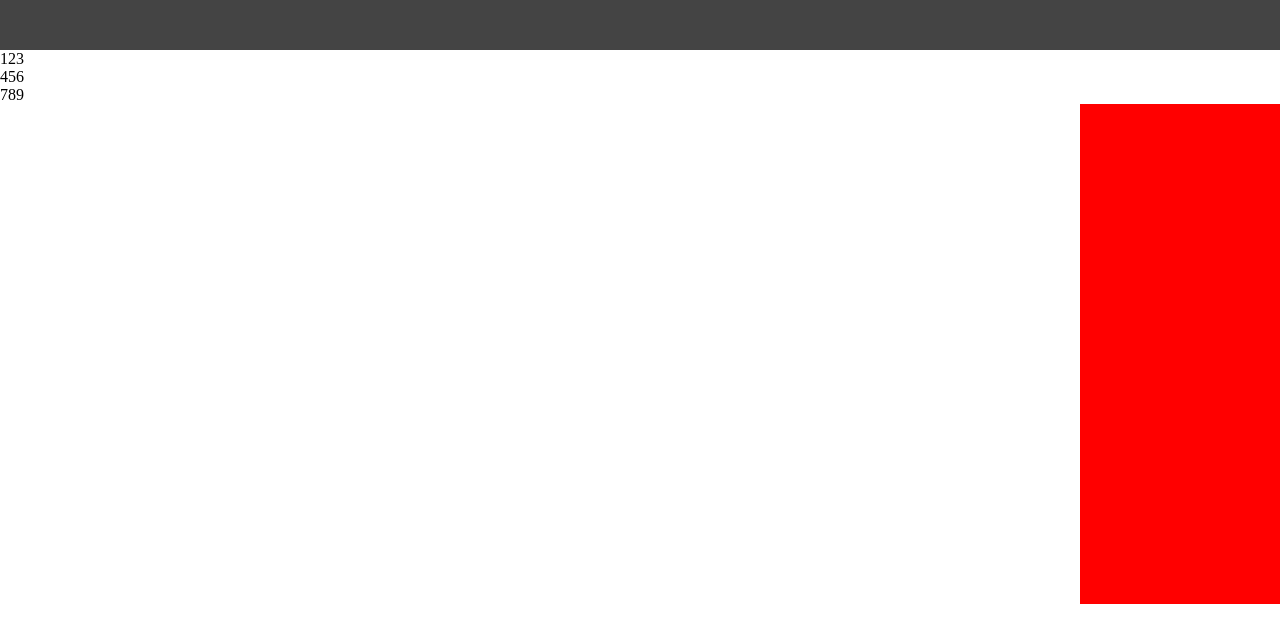
Repository: jinggegeZ/cnode
Page: /
The author's editor kept a copy of each file at every save. The page is drawn from the files as they stood at one save, then again after the next save.
The browser window is 1280 px wide. The pictures show the whole page.
The project was rebuilt for these pictures with package versions that can differ from the ones it lists, and the page was loaded fresh each time.

Above is the page before, as saved 2020-06-04 18:58:26.

### src/App.vue
<template>
  <div id="app">
    <router-view/>
  </div>
</template>

<style lang="scss">
   * {
  margin: 0;
  padding: 0;
 }
</style>

### src/router/index.js
import Vue from 'vue'
import VueRouter from 'vue-router'
import Home from '../views/Home.vue'
import layout from '../views/layout1/layout'

Vue.use(VueRouter)

  const routes = [
    {
      path:'/home',
      redirect:'/'
    },
  {
    path:'/',
    name:'layout',
    component: layout,
    children: [
      {
        path: '',
        name: 'Home',
        component: Home
      },
    ]
  },

  {
    path: '/about',
    name: 'About',
    component: () => import('../views/About.vue')
  },
  {
    path: '/parents',
    name: 'parents',
    component: () => import('../views/parents/parents.vue'),

  },
]

const router = new VueRouter({
  mode: 'history',
  base: process.env.BASE_URL,
  routes
})

export default router

### src/views/Home.vue
<template>
 <div>
  <div>123</div>
  <div>456</div>
  <div>789</div>
 </div>
</template>

<script>

 export default {
   data () {
     return {

     }
   },
   components: {

   },
   methods: {

   },
   mounted() {

   },
   watch: {

   },
   computed: {

   }
 }
</script>

<style scoped>

</style>

### src/views/layout1/layout.vue
<template>
 <div>
    <div class="container">

            <div class="t-head">
            <top></top>
            </div>

        <div class="content">
            <div>
                <router-view></router-view>
            </div>
            <div class="right">
                <right></right>
            </div>

        </div>
    </div>
 </div>
</template>

<script>
    import top from '../../components/top/top'
    import right from '../../components/right/right'

 export default {
     name:'layout',
   data () {
     return {

     }
   },
   components: {
       top,
       right,
   },
   methods: {

   },
   mounted() {

   },
   watch: {

   },
   computed: {

   }
 }
</script>

<style scoped>
    .container {
        width: 100%;
    }


</style>

### src/components/top/top.vue
<template>
 <div>
    <div class="top">
    <div class="box"></div>
    </div>
 </div>
</template>

<script>
 export default {
   data () {
     return {

     }
   },
   components: {

   },
   methods: {

   },
   mounted() {

   },
   watch: {

   },
   computed: {

   }
 }
</script>

<style scoped >
    .top {
        width: 100%;
        height: 50px;
        background:rgb(68,68,68);


    }
    .box {
        max-width: 1200px;
        height: 50px;
    }
</style>

### src/components/right/right.vue
<template>
 <div>
    <div class="right"></div>
 </div>
</template>

<script>
 export default {
   data () {
     return {

     }
   },
   components: {

   },
   methods: {

   },
   mounted() {

   },
   watch: {

   },
   computed: {

   }
 }
</script>

<style scoped>
    .right {
        width: 200px;
        height: 500px;
        background: red;
        position: absolute;
        right: 0;
    }
</style>

Loaded but not shown: public/index.html (common file); src/main.js (common file); src/store/index.js (common file)

After the next save:
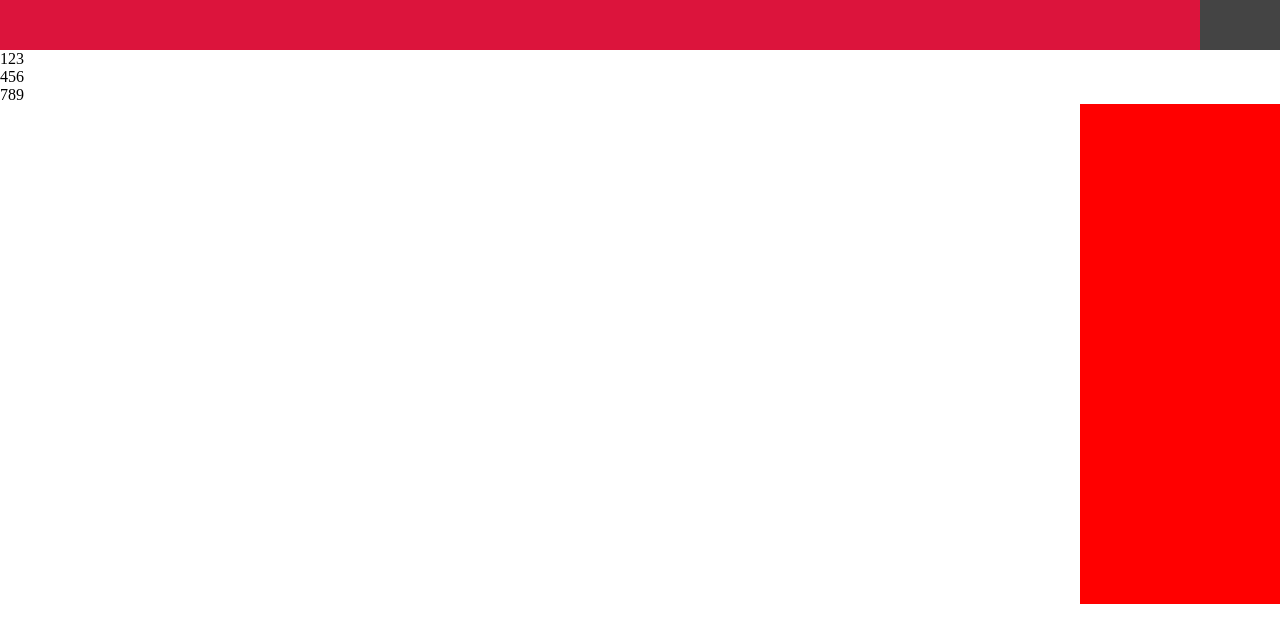
Saved 15 s later.
--- a/src/components/top/top.vue
+++ b/src/components/top/top.vue
@@ -42,5 +42,6 @@
     .box {
         max-width: 1200px;
         height: 50px;
+        background: crimson;
     }
 </style>
